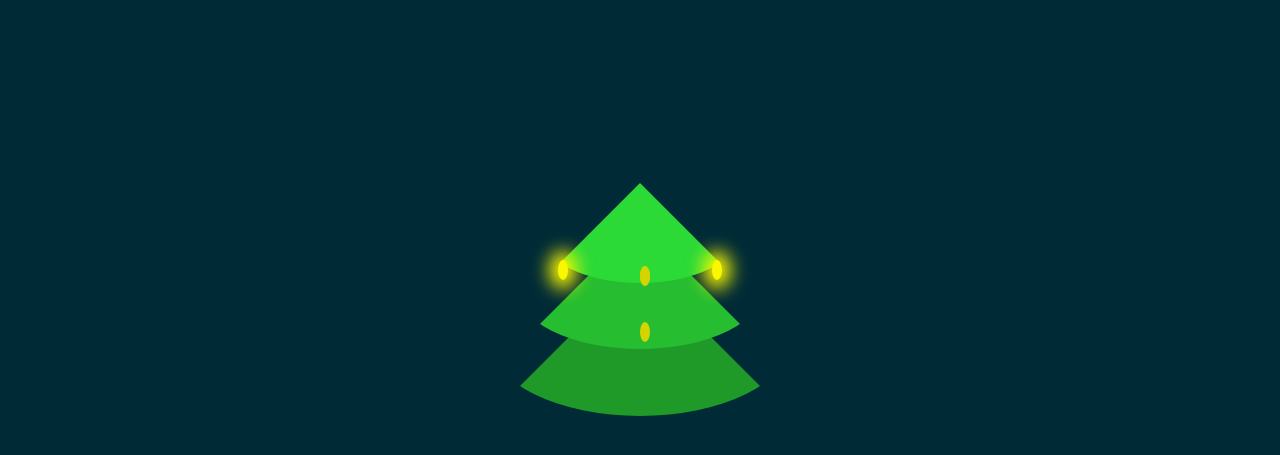
Repository: supakorn5039-boon/Christmas
Page: index.html
These files come from the project's save history. The page is drawn as it stood at one moment and after a run of saves; the edit follows.
The browser window is 1280 px wide. The pictures show the whole page.

Above is the page before, as saved 2023-12-25 08:48:12.

### index.html
<!DOCTYPE html>
<html lang="en">
  <head>
    <meta charset="UTF-8" />
    <meta http-equiv="X-UA-Compatible" content="IE=edge" />
    <meta name="viewport" content="width=device-width, initial-scale=1.0" />
    <link rel="stylesheet" href="styles.css" />
  </head>
  <body>
    <div class="xmas-tree">
      <div class="start">
        <i class="fa-solid fa-star"></i>
      </div>
      <div class="t1"></div>
      <div class="t2"></div>
      <div class="t3"></div>
      <div class="stem"></div>
      <div class="snow-ground"></div>
    </div>
  </body>
  <script href="index.js"></script>
</html>

### styles.css
body {
  height: 100vh;
  margin: 0;
  background: #002b36;
  overflow: hidden;
  display: grid;
  place-items: center;
}

.xmas-tree {
  position: relative;
  width: 500px;
  height: 590px;
  z-index: -2;
}

.star {
  z-index: 3;
  position: absolute;
  color: #fffc00;
  font-style: 40px;
  text-shadow: 0 0 20px #fffc00;
  left: 50%;
  top: 15%;
  margin-left: -22px;
  animation: spin 2s infinite linear forwards;
}

@keyframes spin {
  to {
    transform: rotate(1turn);
  }
}

.t1 {
  position: absolute;
  z-index: 2;
  border-bottom: 100px solid #2bd937;
  margin-left: -100px;
  border-right: 100px solid transparent;
  border-left: 100px solid transparent;
  border-bottom-left-radius: 50%;
  border-bottom-right-radius: 50%;
  top: 20%;
  left: 50%;
}
.t2 {
  position: absolute;
  z-index: 1;
  border-bottom: 125px solid #26bd30;
  margin-left: -125px;
  border-right: 125px solid transparent;
  border-left: 125px solid transparent;
  border-bottom-right-radius: 50%;
  border-bottom-left-radius: 50%;
  top: 27%;
  left: 50%;
}

.t3 {
  position: absolute;
  border-bottom: 150px solid #1f9927;
  margin-left: -150px;
  border-right: 150px solid transparent;
  border-left: 150px solid transparent;
  border-bottom-right-radius: 50%;
  border-bottom-left-radius: 50%;
  top: 34%;
  left: 50%;
}

.t1::before,
.t1::after,
.t2::before,
.t2::after,
.t3::before,
.t3::after {
  position: absolute;
  content: "";
  background: #d6d400;
  z-index: 3;
  width: 10px;
  height: 20px;
  border-radius: 50%;
  animation: blink 1.5s infinite;
}

.t2::before {
  animation-delay: 0.5s;
}
.t2::after {
  animation-delay: 0.5s;
}

.t3::before {
  animation-delay: 1s;
}
.t3::after {
  animation-delay: 1s;
}

@keyframes blink {
  30% {
    background: rgb(255, 252, 0);
    box-shadow: 0 0 20px 10px #fffc00;
  }
  60% {
    background: #d6d400;
    box-shadow: 0 0 0px 0px #fffc00;
  }
}

.t1::before {
  top: 77px;
  left: -82px;
}
.t1::after {
  top: 77px;
  right: -82px;
}

.t2::before{
    top:98px    ;

}

After the next 2 saves:
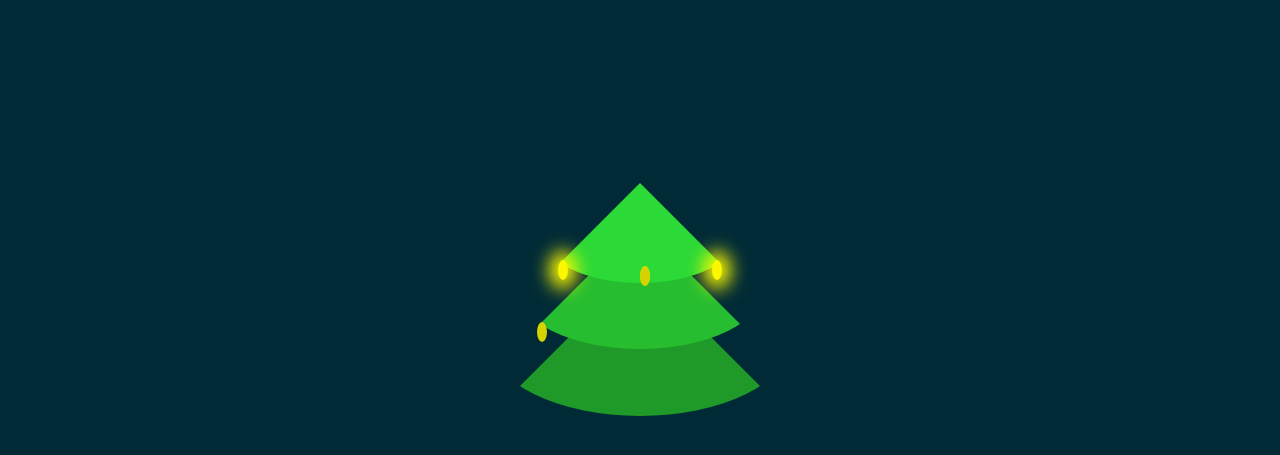
The 2 saves are shown as one change because they came seconds apart.
The last was saved 6 s later.
--- a/styles.css
+++ b/styles.css
@@ -119,7 +119,7 @@ body {
   right: -82px;
 }
 
-.t2::before{
-    top:98px    ;
-
+.t2::before {
+  top: 98px;
+  left: -103px;
 }
